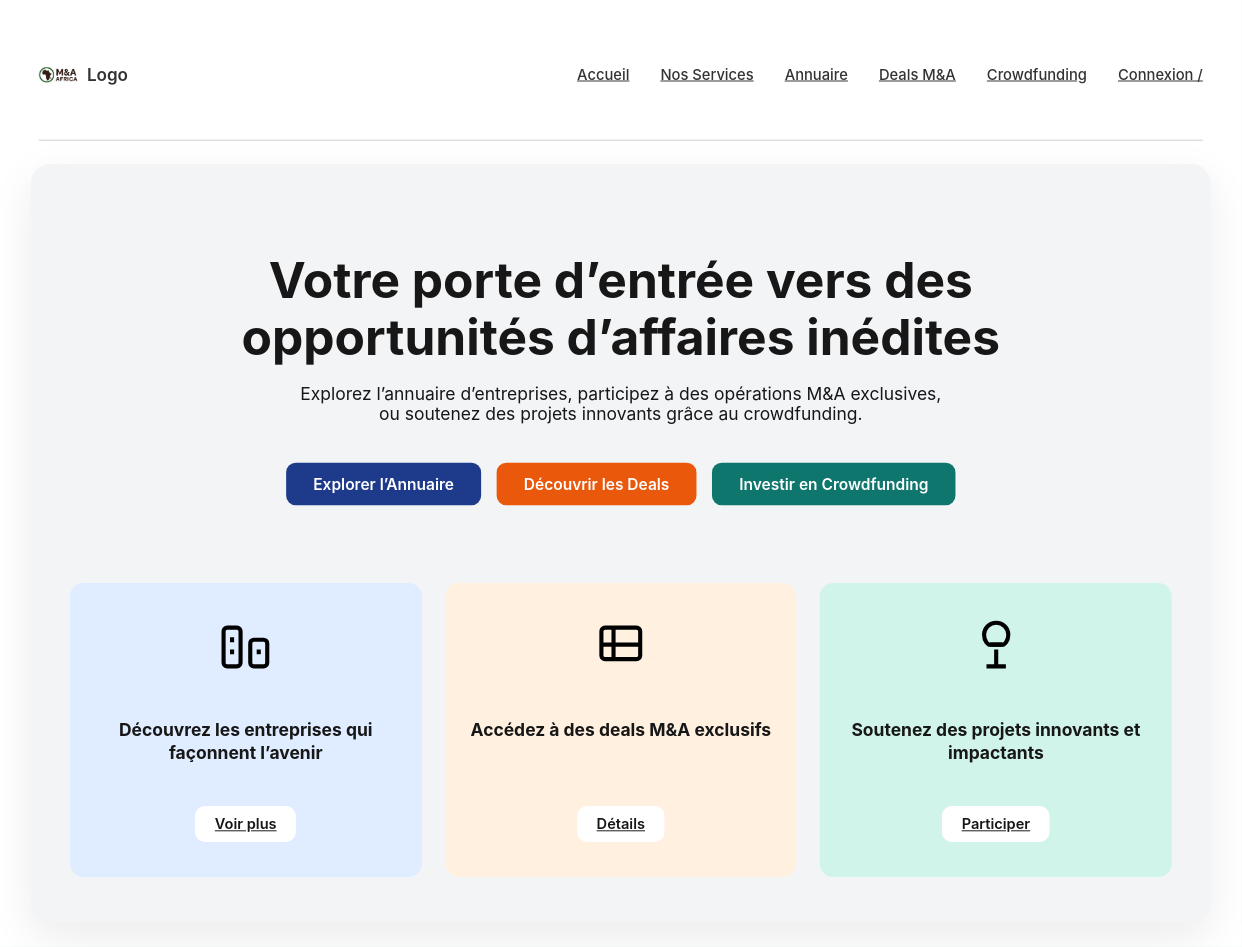
Repository: MFredy25/africa-fusion
Page: /hub
These files come from the project's save history. The page is drawn as it stood at one moment and after the next save; the edit follows.
The browser window is 1280 px wide. The pictures show the whole page, at 97% of full size.
The project was rebuilt for these pictures with package versions that can differ from the ones it lists, and the page was loaded fresh each time. The framework's server and built-in components were replaced by stand-ins that run in the browser. Also part of the build but not shown: next.config.js, next.config.ts.

Above is the page before, as saved 2025-06-08 16:39:04.

### src/app/hub/page.tsx
import styles from "../../styles/hub.module.css";
import Link from "next/link";
import HubHeader from "../../components/HubHeader";

export default function Hub() {
  return (
    <div className={styles.page}>
      <HubHeader />

      <div className={styles.containerWrapper}>
        <section className={styles.hero}>
          <h1>
            Votre porte&nbsp;d’entrée vers des<br />
            opportunités&nbsp;d’affaires inédites
          </h1>

          <p>
            Explorez l’annuaire d’entreprises, participez à des opérations M&A
            exclusives,<br />
            ou soutenez des projets innovants grâce au crowdfunding.
          </p>

          <div className={styles.actions}>
            <Link href="/annuaire" className={styles.primaryBtn}>
              Explorer l’Annuaire
            </Link>
            <Link href="/deals-m-a" className={styles.secondaryBtn}>
              Découvrir les Deals
            </Link>
            <Link href="/crowdfunding" className={styles.tertiaryBtn}>
              Investir en&nbsp;Crowdfunding
            </Link>
          </div>
        </section>

        <section className={styles.cards}>
          <div className={`${styles.card} ${styles.card1}`}>
            <svg
              className={styles.icon}
              viewBox="0 0 24 24"
              fill="none"
              stroke="currentColor"
              strokeWidth="1.7"
            >
              <rect x="3" y="4" width="7" height="16" rx="1.5" />
              <rect x="14" y="9" width="7" height="11" rx="1.5" />
              <path d="M6.5 8v2M6.5 13v2M17.5 13v2" />
            </svg>
            <p className={styles.cardTitle}>
              Découvrez les entre­prises qui façonnent l’avenir
            </p>
            <Link href="/annuaire" className={styles.cardBtn}>
              Voir plus
            </Link>
          </div>

          <div className={`${styles.card} ${styles.card2}`}>
            <svg
              className={styles.icon}
              viewBox="0 0 24 24"
              fill="none"
              stroke="currentColor"
              strokeWidth="1.7"
            >
              <rect x="4" y="4" width="16" height="13" rx="1.5" />
              <path d="M4 11h16M9 4v13" />
            </svg>
            <p className={styles.cardTitle}>Accédez à des deals M&A exclusifs</p>
            <Link href="/deals-m-a" className={styles.cardBtn}>
              Détails
            </Link>
          </div>

          <div className={`${styles.card} ${styles.card3}`}>
            <svg
              className={styles.icon}
              viewBox="0 0 24 24"
              fill="none"
              stroke="currentColor"
              strokeWidth="1.7"
            >
              <path d="M12 2a5 5 0 0 1 5 5c0 3-2 4-2 4H9s-2-1-2-4a5 5 0 0 1 5-5Z" />
              <path d="M9.5 11h5" />
              <path d="M12 13v7" />
              <path d="M8 20h8" />
            </svg>
            <p className={styles.cardTitle}>
              Soutenez des projets innovants et impactants
            </p>
            <Link href="/crowdfunding" className={styles.cardBtn}>
              Participer
            </Link>
          </div>
        </section>
      </div>
    </div>
  );
}

### src/styles/hub.module.css
.page {
  font-family: "Inter", Arial, sans-serif;
  color: var(--text-primary);
  background: #ffffff;
  padding-inline: 1.5rem;
}

.navbar {
  display: flex;
  justify-content: space-between;
  align-items: center;
  padding-block: 1.75rem;
  max-width: 1200px;
  margin-inline: auto;
}

.logo {
  display: flex;
  align-items: center;
  gap: 0.6rem;
  font-weight: 600;
  font-size: 1.1rem;
}

.logoIcon {
  width: 38px;
  height: 38px;
  background: var(--blue);
  border-radius: 8px;
}

.navLinks {
  display: flex;
  gap: 2rem;
  font-size: 0.95rem;
  font-weight: 500;
}

/* ───────────── CONTAINER WRAPPER ───────────── */
.containerWrapper {
  max-width: 1300px;
  margin: 1.5rem auto; /* ↓ Espacement réduit ici */
  padding: 3rem 2.5rem;
  background: #f3f4f6;
  border-radius: 20px;
  box-shadow: 0 15px 45px rgba(0, 0, 0, 0.08);
}

/* ───────────── HERO ───────────── */
.hero {
  text-align: center;
  max-width: 900px;
  margin-inline: auto;
}

.hero h1 {
  font-size: clamp(2rem, 4.2vw, 3.2rem);
  line-height: 1.15;
  font-weight: 700;
  margin-bottom: 1rem;
}

.hero p {
  font-size: 1.125rem;
  color: var(--text-muted);
  margin-bottom: 2.5rem;
}

.actions {
  display: flex;
  flex-wrap: wrap;
  justify-content: center;
  gap: 1rem;
  margin-bottom: 3.5rem;
}

.primaryBtn,
.secondaryBtn,
.tertiaryBtn {
  padding: 0.75rem 1.75rem;
  border: none;
  border-radius: 10px;
  font-weight: 600;
  font-size: 1rem;
  color: #ffffff;
  cursor: pointer;
  text-decoration: none;
}

.primaryBtn {
  background: #1e3a8a;
}

.secondaryBtn {
  background: #ea580c;
}

.tertiaryBtn {
  background: #0f766e;
}

/* ───────────── CARDS ───────────── */
.cards {
  display: flex;
  flex-wrap: nowrap;
  justify-content: space-between;
  gap: 1.5rem;
  max-width: 1200px;
  margin: 5rem auto 0;
}

.card {
  flex: 1 1 30%;
  max-width: 30%;
  display: flex;
  justify-content: center;
}

.card1 {
  background: #e0ecff;
  border-radius: 14px;
  padding: 2.25rem 1.25rem;
  text-align: center;
  display: flex;
  flex-direction: column;
  align-items: center;
  gap: 1.6rem;
}

.card2 {
  background: #fff0e0;
  border-radius: 14px;
  padding: 2.25rem 1.25rem;
  text-align: center;
  display: flex;
  flex-direction: column;
  align-items: center;
  gap: 1.6rem;
}

.card3 {
  background: #d1f4ea;
  border-radius: 14px;
  padding: 2.25rem 1.25rem;
  text-align: center;
  display: flex;
  flex-direction: column;
  align-items: center;
  gap: 1.6rem;
}

.icon {
  width: 60px;
  height: 60px;
}

.cardTitle {
  font-size: 1.125rem;
  font-weight: 700;
  line-height: 1.3;
}

.cardBtn {
  margin-top: auto;
  background: #ffffff;
  color: var(--text-primary);
  border: none;
  border-radius: 10px;
  padding: 0.55rem 1.25rem;
  font-size: 0.94rem;
  font-weight: 600;
  cursor: pointer;
}

/* ───────────── Responsive tweak ───────────── */
@media (max-width: 768px) {
  .card {
    flex: 1 1 100%;
    max-width: none;
  }

  .cards {
    flex-direction: column;
    align-items: center;
  }
}

@media (max-width: 480px) {
  .navLinks {
    gap: 1rem;
    font-size: 0.85rem;
  }

  .actions {
    flex-direction: column;
  }
}

.icon {
  width: 60px;
  height: 60px;
  color: #000000;
}

### src/components/HubHeader.tsx
'use client';

import { useEffect, useState } from 'react';
import Link from 'next/link';
import Image from 'next/image';
import styles from '../styles/hub.module.css';

export default function HubHeader() {
  /* ─── Thème clair / sombre détecté depuis l’OS ─── */
  const [isDark, setIsDark] = useState(false);

  useEffect(() => {
    const media = window.matchMedia('(prefers-color-scheme: dark)');
    const apply = () => setIsDark(media.matches);
    apply();
    media.addEventListener('change', apply);
    return () => media.removeEventListener('change', apply);
  }, []);

  const colors = {
    bg: isDark ? '#1a1a1a' : '#ffffff',
    text: isDark ? '#e0e0e0' : '#333333',
    border: isDark ? '#444' : '#ccc',
  };

  return (
    <header
      className={styles.navbar}
      style={{
        background: colors.bg,
        color: colors.text,
        borderBottom: `1px solid ${colors.border}`,
      }}
    >
      <div className={styles.logo} style={{ color: colors.text }}>
        <Image
          src="/images/fusion_africa.png"
          alt="Logo"
          width={40}
          height={80}
          style={{ objectFit: 'contain' }}
        />
        <span>Logo</span>
      </div>

      <nav className={styles.navLinks} style={{ color: colors.text }}>
        <Link href="/home" style={{ color: 'inherit' }}>
          Accueil
        </Link>
        <Link href="/services" style={{ color: 'inherit' }}>
          Nos Services
        </Link>
        <Link href="/annuaire" style={{ color: 'inherit' }}>
          Annuaire
        </Link>
        <Link href="/deals-m-a" style={{ color: 'inherit' }}>
          Deals M&A
        </Link>
        <Link href="/crowdfunding" style={{ color: 'inherit' }}>
          Crowdfunding
        </Link>
        <Link href="/connexion" style={{ color: 'inherit' }}>
          Connexion /
        </Link>
      </nav>
    </header>
  );
}

Loaded but not shown: src/app/layout.tsx (common file); src/app/globals.css (common file)

After the next save:
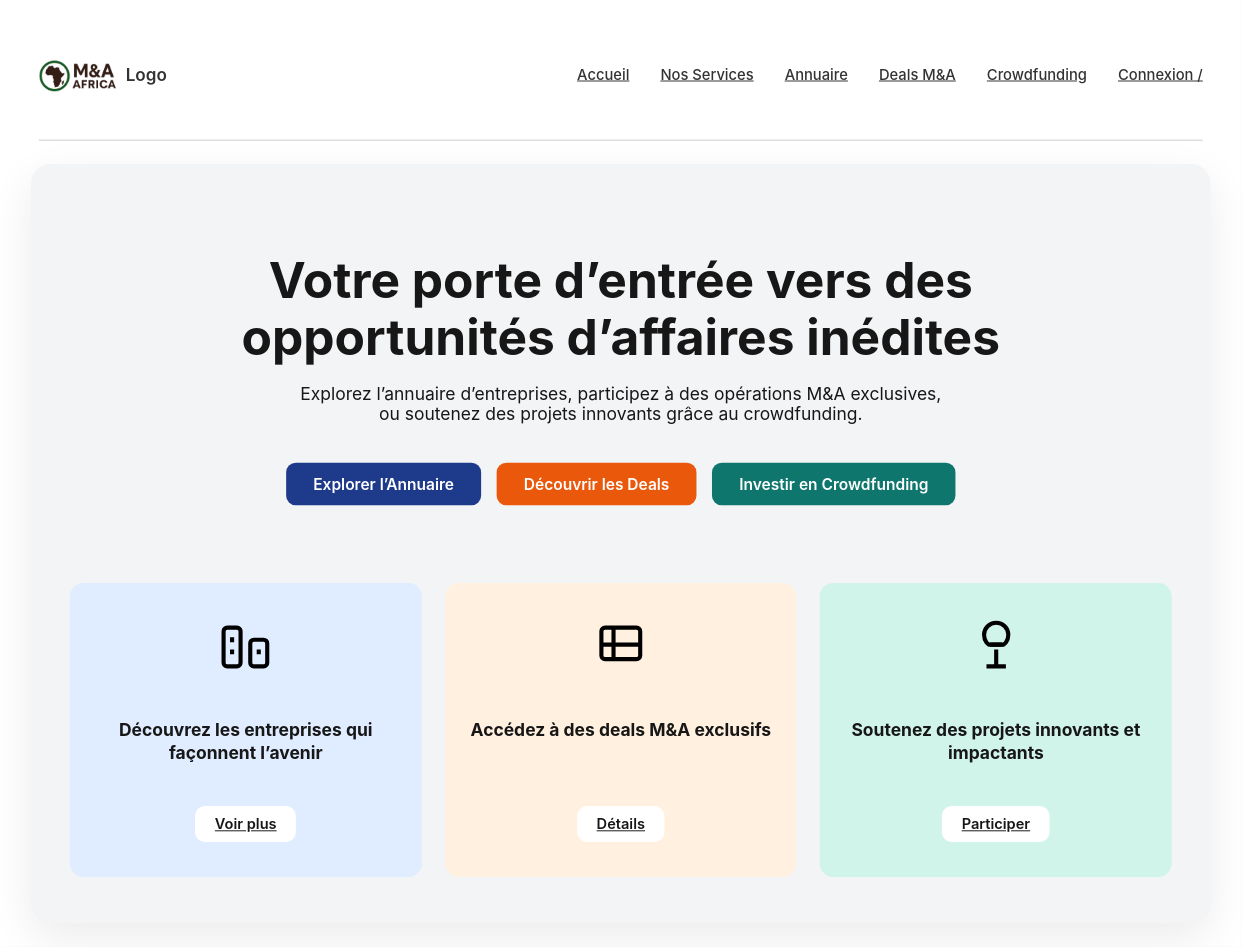
Saved 4 s later.
--- a/src/components/HubHeader.tsx
+++ b/src/components/HubHeader.tsx
@@ -36,7 +36,7 @@ export default function HubHeader() {
         <Image
           src="/images/fusion_africa.png"
           alt="Logo"
-          width={40}
+          width={80}
           height={80}
           style={{ objectFit: 'contain' }}
         />
